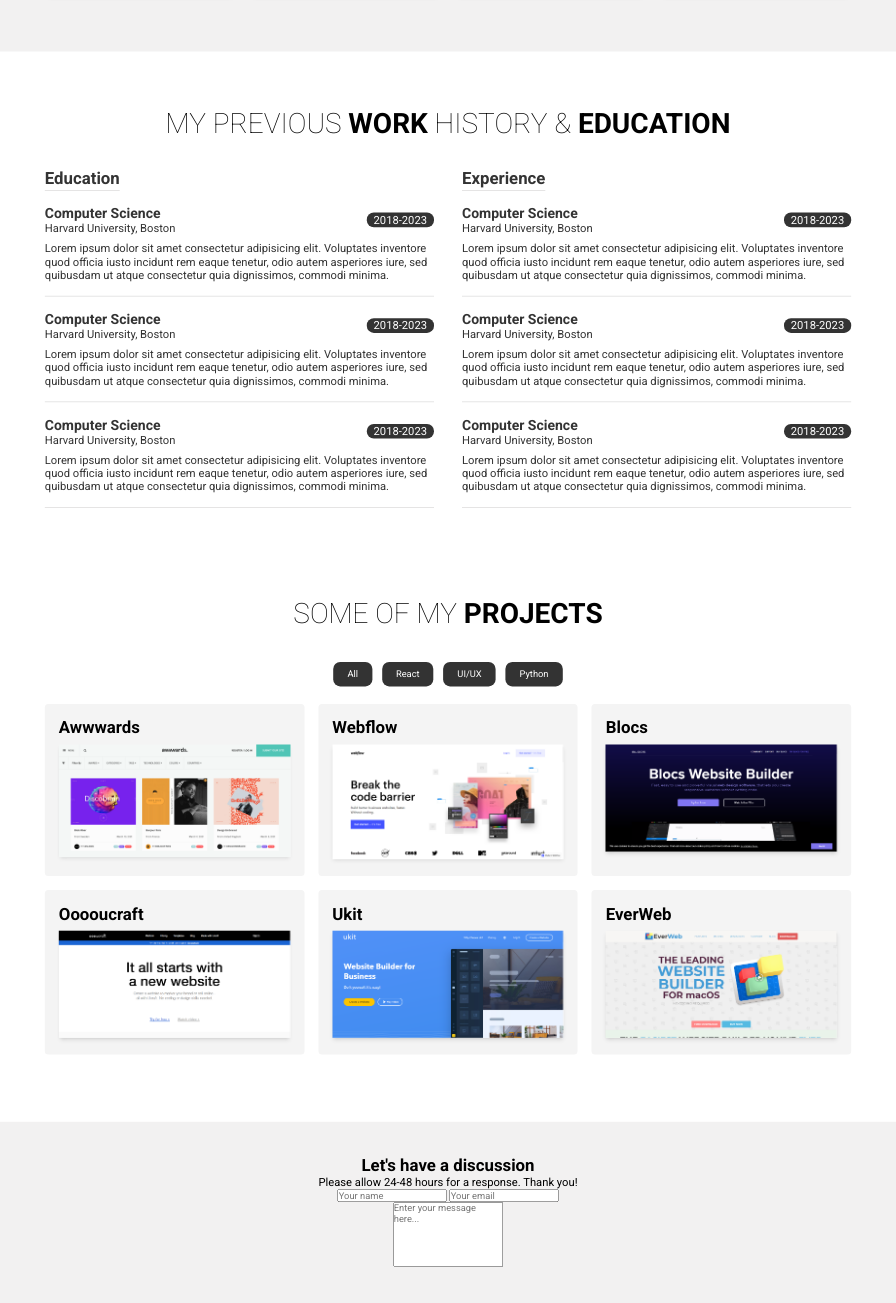
Repository: DevAntonioRogers/portfolio-tutorial
Page: index.html
An editor plug-in stored every save of this project. The page is shown before and after the next save, followed by the edit.
The browser window is 1280 px wide. The pictures show the part of the page from y = 1752 to 3672 px (the page is 3613 px tall before and 3672 px after), at 70% of full size.
Backgrounds fixed to the window are drawn as part of the page.

Above is the page before, as saved 2023-11-01 09:39:10.

### index.html
<!DOCTYPE html>
<html lang="en">
  <head>
    <meta charset="UTF-8" />
    <meta
      name="viewport"
      content="width=device-width, initial-scale=1.0"
    />
    <script src="https://unpkg.com/typed.js@2.0.16/dist/typed.umd.js"></script>
    <script
      type="module"
      src="https://unpkg.com/ionicons@7.1.0/dist/ionicons/ionicons.esm.js"
    ></script>
    <script
      nomodule
      src="https://unpkg.com/ionicons@7.1.0/dist/ionicons/ionicons.js"
    ></script>
    <link rel="stylesheet" href="./styles/main.css" />
    <title>John Doe Portfolio</title>
  </head>
  <body>
    <!-------- NAVBAR --------->
    <header>
      <nav role="navigation" aria-label="Navigation">
        <div class="container navbar">
          <h1>John Doe.</h1>

          <ul class="nav-menu">
            <li><a href="#home">Home</a></li>
            <li><a href="#about">About</a></li>
            <li><a href="#resume">Resume</a></li>
            <li><a href="#projects">Projects</a></li>
            <li><a href="#contact">Contact</a></li>
          </ul>

          <button
            aria-label="Toggle Mobile Menu"
            class="hamburger"
          >
            <span class="bar"></span>
            <span class="bar"></span>
            <span class="bar"></span>
          </button>
        </div>
      </nav>
    </header>

    <main>
      <!--HERO SECTION -->
      <section id="home" class="hero">
        <div class="hero-overlay"></div>
        <div class="container hero-content">
          <div class="hero-text">
            <h2 id="typed-text"></h2>
          </div>

          <div
            class="hero-socials"
            aria-label="Social Media Links"
          >
            <a href="#" aria-label="Twitter Link"
              ><ion-icon name="logo-twitter"></ion-icon
            ></a>
            <a href="#" aria-label="Github Link"
              ><ion-icon name="logo-github"></ion-icon
            ></a>
            <a href="#" aria-label="LinkedIn Link"
              ><ion-icon name="logo-linkedin"></ion-icon
            ></a>
            <a href="#" aria-label="Facebook Link"
              ><ion-icon name="logo-facebook"></ion-icon
            ></a>
          </div>
        </div>
      </section>

      <!--ABOUT SECTION-->
      <section class="about" id="about">
        <div class="container">
          <h1>
            I'm <strong>John Doe</strong> and I'm a
            <strong>full stack engineer</strong>
          </h1>

          <div class="about-info">
            <p>
              Lorem ipsum dolor sit amet consectetur
              adipisicing elit. Distinctio expedita
              temporibus nobis dolores, quidem repellendus
              voluptatibus sit. Natus quibusdam nulla ipsa
              molestiae. Nostrum sed saepe tempore
              reprehenderit libero neque consequatur. Lorem
              ipsum dolor sit, amet consectetur adipisicing
              elit. Ut dolorem reprehenderit ipsam
              laboriosam minus eligendi autem laborum
              blanditiis assumenda, cumque est dolor sed
              architecto, aspernatur animi corrupti, rerum
              eveniet inventore? Lorem ipsum dolor sit, amet
              consectetur adipisicing elit. Laudantium eius
              libero corporis, quo blanditiis vitae autem
              modi! Repudiandae cupiditate hic placeat fuga
              labore, minima, in mollitia architecto
              veritatis error asperiores.
            </p>
          </div>

          <button
            class="about-button"
            aria-label="Download Resume Button"
          >
            Download Resume
            <ion-icon
              name="download-outline"
              aria-hidden="true"
            ></ion-icon>
          </button>
        </div>
      </section>

      <!--SKILLS SECTION-->
      <section class="skills" id="skills">
        <h1>Just a few of my <strong>skills</strong></h1>
        <div class="container skill-grid">
          <div class="skill">
            <ion-icon
              name="logo-react"
              class="skill-icon"
              aria-hidden="true"
            ></ion-icon>
            <h3>React</h3>
            <p>
              Lorem ipsum dolor sit amet, consectetur
              adipisicing elit. Ducimus iusto nesciunt
              recusandae ut et commodi dolores officia
              labore! Perferendis deleniti commodi
            </p>
          </div>
          <div class="skill">
            <ion-icon
              name="logo-html5"
              class="skill-icon"
              aria-hidden="true"
            ></ion-icon>
            <h3>HTML5</h3>
            <p>
              Lorem ipsum dolor sit amet, consectetur
              adipisicing elit. Ducimus iusto nesciunt
              recusandae ut et commodi dolores officia
              labore! Perferendis deleniti commodi
            </p>
          </div>
          <div class="skill">
            <ion-icon
              name="logo-CSS3"
              class="skill-icon"
              aria-hidden="true"
            ></ion-icon>
            <h3>CSS3</h3>
            <p>
              Lorem ipsum dolor sit amet, consectetur
              adipisicing elit. Ducimus iusto nesciunt
              recusandae ut et commodi dolores officia
              labore! Perferendis deleniti commodi
            </p>
          </div>
          <div class="skill">
            <ion-icon
              name="logo-javascript"
              class="skill-icon"
              aria-hidden="true"
            ></ion-icon>
            <h3>Javascript</h3>
            <p>
              Lorem ipsum dolor sit amet, consectetur
              adipisicing elit. Ducimus iusto nesciunt
              recusandae ut et commodi dolores officia
              labore! Perferendis deleniti commodi
            </p>
          </div>
        </div>
      </section>

      <!--RESUME-->
      <section class="resume" id="resume">
        <div class="container">
          <h1>
            My Previous <strong>Work</strong> History &
            <strong>Education</strong>
          </h1>

          <div class="resume-content">
            <div>
              <h2>Education</h2>

              <article>
                <div class="card-header">
                  <div class="card-header-info">
                    <p>Computer Science</p>
                    <p>Harvard University, Boston</p>
                  </div>
                  <span>2018-2023</span>
                </div>
                <p class="card-info">
                  Lorem ipsum dolor sit amet consectetur
                  adipisicing elit. Voluptates inventore
                  quod officia iusto incidunt rem eaque
                  tenetur, odio autem asperiores iure, sed
                  quibusdam ut atque consectetur quia
                  dignissimos, commodi minima.
                </p>
              </article>
              <article>
                <div class="card-header">
                  <div class="card-header-info">
                    <p>Computer Science</p>
                    <p>Harvard University, Boston</p>
                  </div>
                  <span>2018-2023</span>
                </div>
                <p class="card-info">
                  Lorem ipsum dolor sit amet consectetur
                  adipisicing elit. Voluptates inventore
                  quod officia iusto incidunt rem eaque
                  tenetur, odio autem asperiores iure, sed
                  quibusdam ut atque consectetur quia
                  dignissimos, commodi minima.
                </p>
              </article>
              <article>
                <div class="card-header">
                  <div class="card-header-info">
                    <p>Computer Science</p>
                    <p>Harvard University, Boston</p>
                  </div>
                  <span>2018-2023</span>
                </div>
                <p class="card-info">
                  Lorem ipsum dolor sit amet consectetur
                  adipisicing elit. Voluptates inventore
                  quod officia iusto incidunt rem eaque
                  tenetur, odio autem asperiores iure, sed
                  quibusdam ut atque consectetur quia
                  dignissimos, commodi minima.
                </p>
              </article>
            </div>

            <div>
              <h2>Experience</h2>

              <article>
                <div class="card-header">
                  <div class="card-header-info">
                    <p>Computer Science</p>
                    <p>Harvard University, Boston</p>
                  </div>
                  <span>2018-2023</span>
                </div>
                <p class="card-info">
                  Lorem ipsum dolor sit amet consectetur
                  adipisicing elit. Voluptates inventore
                  quod officia iusto incidunt rem eaque
                  tenetur, odio autem asperiores iure, sed
                  quibusdam ut atque consectetur quia
                  dignissimos, commodi minima.
                </p>
              </article>
              <article>
                <div class="card-header">
                  <div class="card-header-info">
                    <p>Computer Science</p>
                    <p>Harvard University, Boston</p>
                  </div>
                  <span>2018-2023</span>
                </div>
                <p class="card-info">
                  Lorem ipsum dolor sit amet consectetur
                  adipisicing elit. Voluptates inventore
                  quod officia iusto incidunt rem eaque
                  tenetur, odio autem asperiores iure, sed
                  quibusdam ut atque consectetur quia
                  dignissimos, commodi minima.
                </p>
              </article>
              <article>
                <div class="card-header">
                  <div class="card-header-info">
                    <p>Computer Science</p>
                    <p>Harvard University, Boston</p>
                  </div>
                  <span>2018-2023</span>
                </div>
                <p class="card-info">
                  Lorem ipsum dolor sit amet consectetur
                  adipisicing elit. Voluptates inventore
                  quod officia iusto incidunt rem eaque
                  tenetur, odio autem asperiores iure, sed
                  quibusdam ut atque consectetur quia
                  dignissimos, commodi minima.
                </p>
              </article>
            </div>
          </div>
        </div>
      </section>

      <!--PROJECTS SECTION -->
      <section class="projects" id="projects">
        <div class="container">
          <h1>Some of my <strong>Projects</strong></h1>

          <div class="filter">
            <button
              data-filter="all"
              aria-label="Show all projects"
            >
              All
            </button>
            <button
              data-filter="react"
              aria-label="Show react projects"
            >
              React
            </button>
            <button
              data-filter="uiux"
              aria-label="Show UI/UX projects"
            >
              UI/UX
            </button>
            <button
              data-filter="python"
              aria-label="Show Python projects"
            >
              Python
            </button>
          </div>
          <div class="project-grid">
            <div class="project-card" data-category="react">
              <h2>Awwwards</h2>
              <img
                src="./assets/project-1.png"
                alt="react project"
              />
            </div>
            <div
              class="project-card"
              data-category="python"
            >
              <h2>Webflow</h2>
              <img
                src="./assets/project-2.png"
                alt="python project"
              />
            </div>
            <div
              class="project-card"
              data-category="python"
            >
              <h2>Blocs</h2>
              <img
                src="./assets/project-3.png"
                alt="python project"
              />
            </div>
            <div class="project-card" data-category="uiux">
              <h2>Ooooucraft</h2>
              <img
                src="./assets/project-4.png"
                alt="uiux project"
              />
            </div>
            <div class="project-card" data-category="uiux">
              <h2>Ukit</h2>
              <img
                src="./assets/project-5.png"
                alt="uiux project"
              />
            </div>
            <div class="project-card" data-category="react">
              <h2>EverWeb</h2>
              <img
                src="./assets/project-6.png"
                alt="react project"
              />
            </div>
          </div>
        </div>
      </section>

      <!--CONTACT SECTION-->

      <section class="contact" id="contact">
        <div class="container">
          <h1>Let's have a <strong>discussion</strong></h1>
          <p>
            Please allow 24-48 hours for a response. Thank
            you!
          </p>
          <div>
            <form
              id="contact-form"
              aria-label="Contact Form"
            >
              <div class="form-row">
                <input
                  type="text"
                  name="name"
                  class="form-input"
                  placeholder="Your name"
                  required
                  aria-label="Your name"
                />
                <input
                  type="email"
                  name="email"
                  class="form-input"
                  placeholder="Your email"
                  required
                  aria-label="Your email"
                />
              </div>

              <textarea
                rows="6"
                name="message"
                class="form-input"
                placeholder="Enter your message here..."
                required
                style="resize: none"
                aria-label="Your Message"
              ></textarea>
            </form>
          </div>
        </div>
      </section>
    </main>

    <script src="./app.js"></script>
  </body>
</html>

### styles/main.css
@import url("https://fonts.googleapis.com/css2?family=Roboto:wght@100;400;500;700&display=swap");
@import url(./navbar.css);
@import url(./hero.css);
@import url(./about.css);
@import url(./skills.css);
@import url(./resume.css);
@import url(./projects.css);
@import url(./contact.css);

* {
  box-sizing: border-box;
  padding: 0;
  margin: 0;
  font-family: "Roboto", sans-serif;
}

html {
  scroll-behavior: smooth;
}

li {
  list-style: none;
}

a {
  text-decoration: none;
  color: inherit;
}

button {
  outline: none;
  border: none;
  background: inherit;
  cursor: pointer;
}

.container {
  width: 90%;
  margin: 0 auto;
  max-width: 1400px;
  height: 100%;
}

article {
  padding: 20px 0;
  display: flex;
  flex-direction: column;
  gap: 10px;
  border-bottom: solid 1px #dad9d9;
}

### styles/navbar.css
nav {
  background-color: transparent;
  position: fixed;
  width: 100%;
  z-index: 999;
  top: 0;
  left: 0;
  padding: 1rem 0;
  transition: all 0.3s ease-in-out;
}

.navbar {
  display: flex;
  justify-content: space-between;
  align-items: center;
}

.navbar h1 {
  color: white;
  font-size: 28px;
}

.nav-menu {
  display: flex;
  gap: 3rem;
  align-items: center;
}

.nav-menu li {
  font-size: 14px;
  color: white;
}

.bar {
  background-color: white;
  display: block;
  width: 23px;
  height: 2px;
  margin: 5px auto;
  transition: all 0.3s ease-in-out;
}

.hamburger {
  display: none;
  z-index: 999;
}

.sticky-nav {
  background-color: black;
}

@media only screen and (max-width: 768px) {
  .hamburger {
    display: block;
  }

  .nav-menu {
    position: fixed;
    top: 0;
    right: 0;
    width: 100%;
    height: 100%;
    flex-direction: column;
    align-items: center;
    background-color: black;
    padding: 20px 0;
    z-index: 10;
    transition: 0.3s ease-in-out;
    gap: 5rem;
    padding-top: 6rem;
    left: -100%;
  }

  .nav-menu.active {
    left: 0;
  }

  .hamburger.active .bar:nth-child(2) {
    opacity: 0;
  }

  .hamburger.active .bar:nth-child(1) {
    transform: translateY(8px) rotate(45deg);
  }

  .hamburger.active .bar:nth-child(3) {
    transform: translatey(-6px) rotate(-45deg);
  }
}

### styles/hero.css
.hero {
  position: relative;
  height: 100vh;
  background: url(/assets/hero.jpg);
  background-size: cover;
  z-index: 1;
  background-attachment: fixed;
}

.hero-overlay {
  position: absolute;
  width: 100%;
  height: 100%;
  background-color: #0000005e;
  top: 0;
  left: 0;
  z-index: 1;
}

.hero-content {
  display: flex;
  gap: 2rem;
  flex-direction: column;
  align-items: center;
  justify-content: center;
  position: relative;
  z-index: 2;
  color: white;
}

.hero-socials {
  display: flex;
  align-items: center;
  gap: 20px;
}

.hero-socials ion-icon {
  background-color: white;
  color: black;
  padding: 8px;
  border-radius: 100%;
  font-size: 18px;
}

.hero-text {
  display: flex;
}

.hero-content h2 {
  font-size: 60px;
}

.typed-cursor {
  font-size: 60px;
  opacity: 1;
}

@media only screen and (max-width: 650px) {
  .hero-content h2 {
    font-size: 30px;
  }

  .typed-cursor {
    font-size: 30px;
    opacity: 1;
  }
}

### styles/about.css
.about {
  padding: 5rem 0;
  text-align: center;
}

.about-info {
  display: flex;
  gap: 20px;
  margin: 40px 0;
}

.about h1 {
  font-weight: 100;
  font-size: 40px;
  text-transform: uppercase;
}

.about p {
  font-size: 18px;
  color: rgb(97, 95, 95);
  line-height: 2;
  max-width: 80%;
  margin: 0 auto;
}

.about-button {
  padding: 1rem 2rem;
  background: #222;
  color: white;
  border-radius: 10px;
  font-size: 14px;
}

.about-button:hover {
  background-color: black;
  transition: 0.3s ease-in-out;
}

### styles/skills.css
.skills {
  background-color: rgb(242, 241, 241);
  padding: 5rem 0;
  color: #333;
  text-align: center;
}

.skills h1 {
  font-weight: 100;
  font-size: 40px;
  text-transform: uppercase;
  margin-bottom: 30px;
}

.skill-grid {
  display: grid;
  grid-template-columns: repeat(4, minmax(0, 1fr));
  gap: 20px;
}

.skill {
  display: flex;
  flex-direction: column;
  justify-content: center;
  align-items: center;
  text-align: center;
  padding: 2rem;
  gap: 20px;
  border-radius: 10px;
  background-color: white;
  box-shadow: 0 4px 6px -1px rgb(0 0 0 / 0.1),
    0 2px 4px -2px rgb(0 0 0 / 0.1);
}

.skill-icon {
  font-size: 40px;
}

@media only screen and (max-width: 992px) {
  .skill-grid {
    grid-template-columns: repeat(2, minmax(0, 1fr));
  }
}

@media only screen and (max-width: 768px) {
  .skill-grid {
    grid-template-columns: repeat(1, minmax(0, 1fr));
  }
}

/* @media only screen and (max-width: 480px) {
  .skills h1 {
    font-size: 30px;
  }
} */

### styles/resume.css
.resume {
  padding: 5rem 0;
}

.resume h1 {
  font-weight: 100;
  font-size: 40px;
  text-transform: uppercase;
  margin-bottom: 40px;
  text-align: center;
}

.resume h2 {
  border-bottom: 1px solid #dad9d9;
  padding-bottom: 3px;
  display: inline-block;
}

.resume-content {
  display: grid;
  gap: 40px;
  grid-template-columns: repeat(2, minmax(0, 1fr));
  color: #333;
}

.card-header-info p:nth-child(1) {
  font-weight: 800;
  font-size: 20px;
}

.card-header {
  display: flex;
  justify-content: space-between;
  align-items: center;
}

.card-header span {
  background-color: #333;
  color: white;
  padding: 1px 10px;
  border-radius: 10px;
}

### styles/projects.css
.projects {
  padding: 3rem 0;
}

.projects h1 {
  font-weight: 100;
  font-size: 40px;
  text-transform: uppercase;
  margin-bottom: 40px;
  text-align: center;
}

.filter {
  text-align: center;
  margin-bottom: 20px;
}

.filter button {
  background-color: #333;
  color: white;
  border-radius: 10px;
  padding: 10px 20px;
  margin: 5px;
}

.project-grid {
  display: grid;
  grid-template-columns: repeat(3, 1fr);
  gap: 20px;
}

.project-card {
  background-color: #f4f4f4;
  padding: 20px;
  border-radius: 5px;
  cursor: pointer;
  transition: opacity 0.3s ease-in-out;
}

.project-card:hover {
  opacity: 0.8;
}

.project-card img {
  width: 100%;
  margin-top: 10px;
  box-shadow: 0 4px 6px -1px rgb(0 0 0 / 0.1),
    0 2px 4px -2px rgb(0 0 0 / 0.1);
}

@media only screen and (max-width: 768px) {
  .project-grid {
    grid-template-columns: repeat(1, minmax(0, 1fr));
  }
}

### styles/contact.css
.contact {
  background-color: rgb(242, 241, 241);
  padding: 3rem 0;
  margin-top: 3rem;
  text-align: center;
}

### app.js
//NAVBAR
const hamburger = document.querySelector('.hamburger')
const navMenu = document.querySelector('.nav-menu')
const body = document.querySelector('body')
const navLinks = navMenu.querySelectorAll('li');
const nav = document.querySelector('nav')

hamburger.addEventListener('click', () => {
  hamburger.classList.toggle('active')
  navMenu.classList.toggle('active')
  body.classList.toggle("no-scroll")
})

function closeMenu() {
  hamburger.classList.remove('active')
  navMenu.classList.remove('active')
  body.classList.remove("no-scroll")
}

navLinks.forEach((link) => {
  link.addEventListener('click', closeMenu)
})

function handleScroll() {
  if (window.scrollY > 300) {
    nav.classList.add('sticky-nav')
  } else {
    nav.classList.remove('sticky-nav')
  }
}
window.addEventListener('scroll', handleScroll)


//TYPING DELETING TEXT
function initTypedText() {
  const options = {
    strings: [
      "Hello, I'm John Doe",
      "A Software Engineer",
      "From New York",
    ],
    typeSpeed: 50,
    backSpeed: 30,
    backDelay: 1000,
    startDelay: 500,
    loop: true,
  }
  const typed = new Typed("#typed-text", options)
}

initTypedText()

//FILTER OPTIONS
document.addEventListener('DOMContentLoaded', function () {
  const filterButtons = document.querySelectorAll('.filter button')
  const projectCards = document.querySelectorAll(".project-card")

  filterButtons.forEach(button => {
    button.addEventListener('click', () => {
      const filterValue = button.getAttribute('data-filter');
      filterProjects(filterValue);
    });
  });

  function filterProjects(category) {
    projectCards.forEach(card => {
      const projectCategory = card.getAttribute('data-category')
      if (category === 'all' || projectCategory === category) {
        card.style.display = 'block'
      } else {
        card.style.display = "none"
      }
    })
  }
})

After the next save:
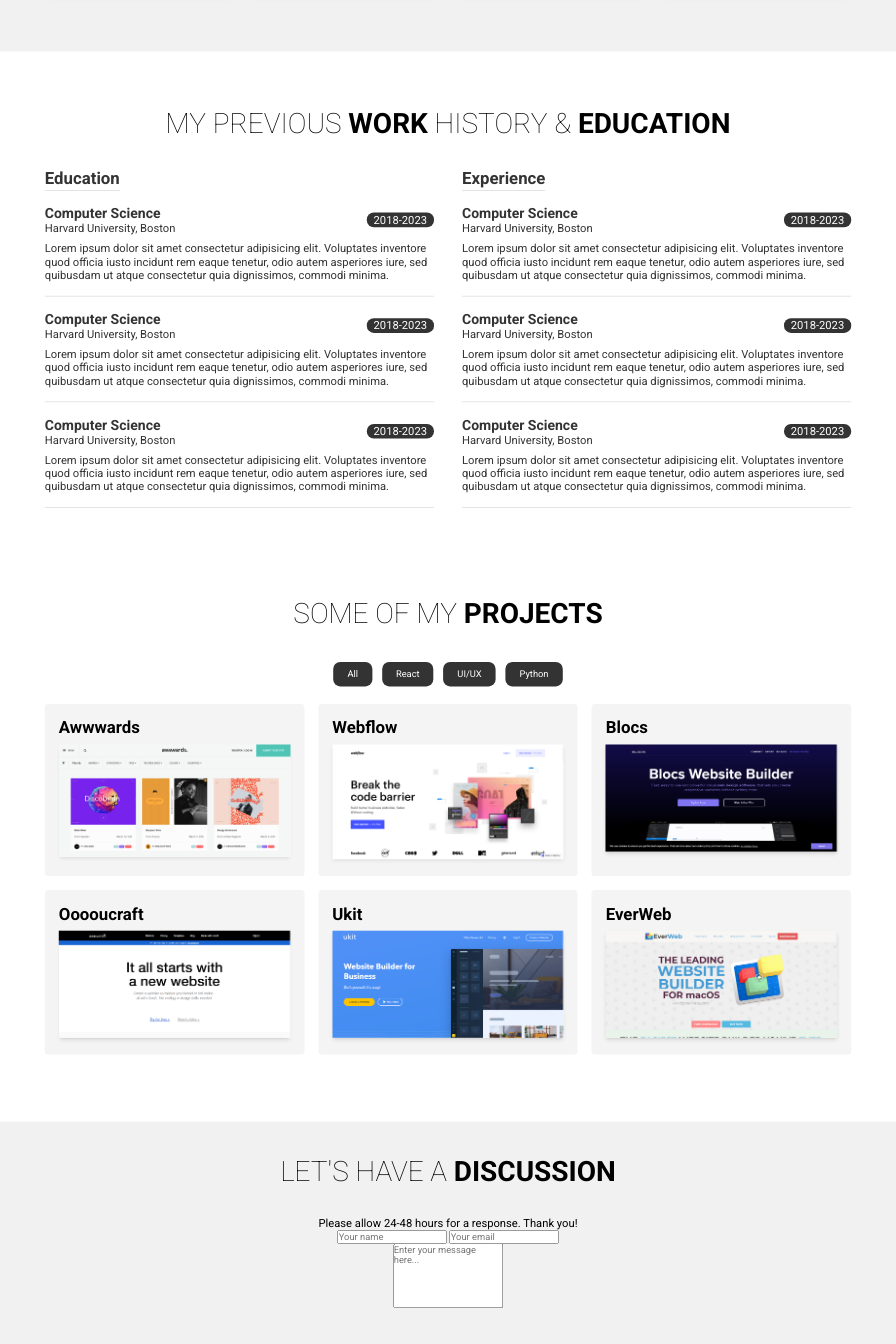
Saved 31 s later.
--- a/styles/contact.css
+++ b/styles/contact.css
@@ -4,3 +4,10 @@
   margin-top: 3rem;
   text-align: center;
 }
+
+.contact h1 {
+  font-weight: 100;
+  font-size: 40px;
+  text-transform: uppercase;
+  margin-bottom: 40px;
+}
